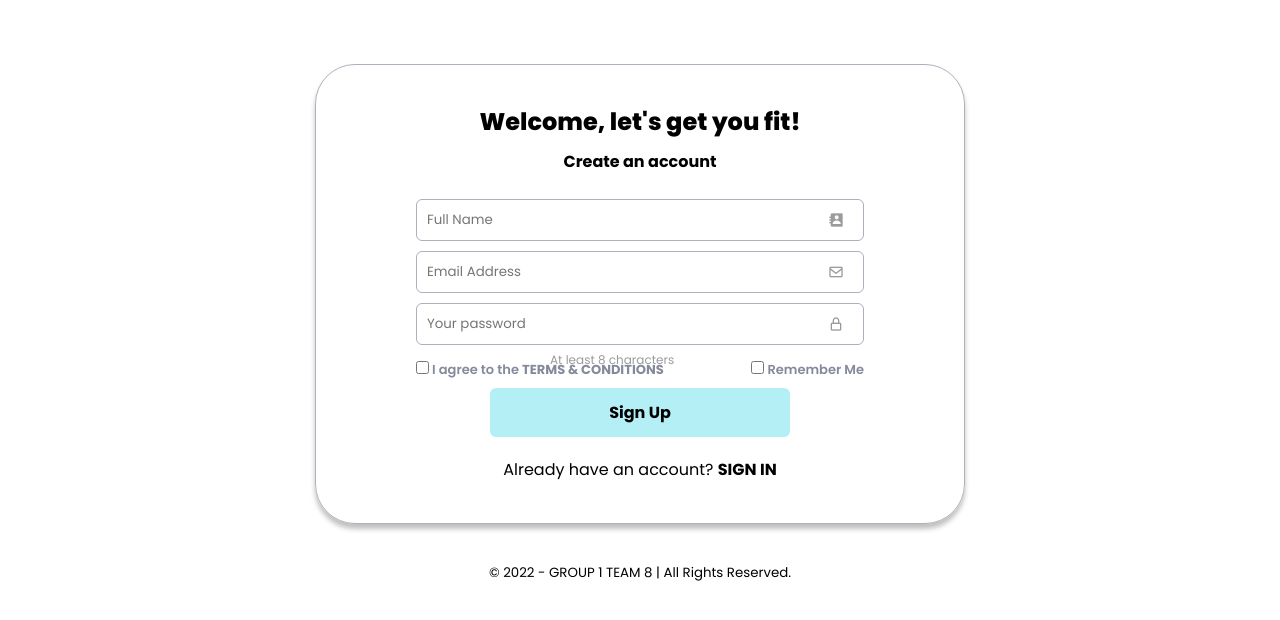
Repository: Rellzcodez/Group1-Team8
Page: pages/signup.html
An editor plug-in stored every save of this project. The page is shown before and after a run of saves, followed by the edit.
The browser window is 1280 px wide. The pictures show the whole page.

Above is the page before, as saved 2022-09-12 14:10:11.

After the next 2 saves:
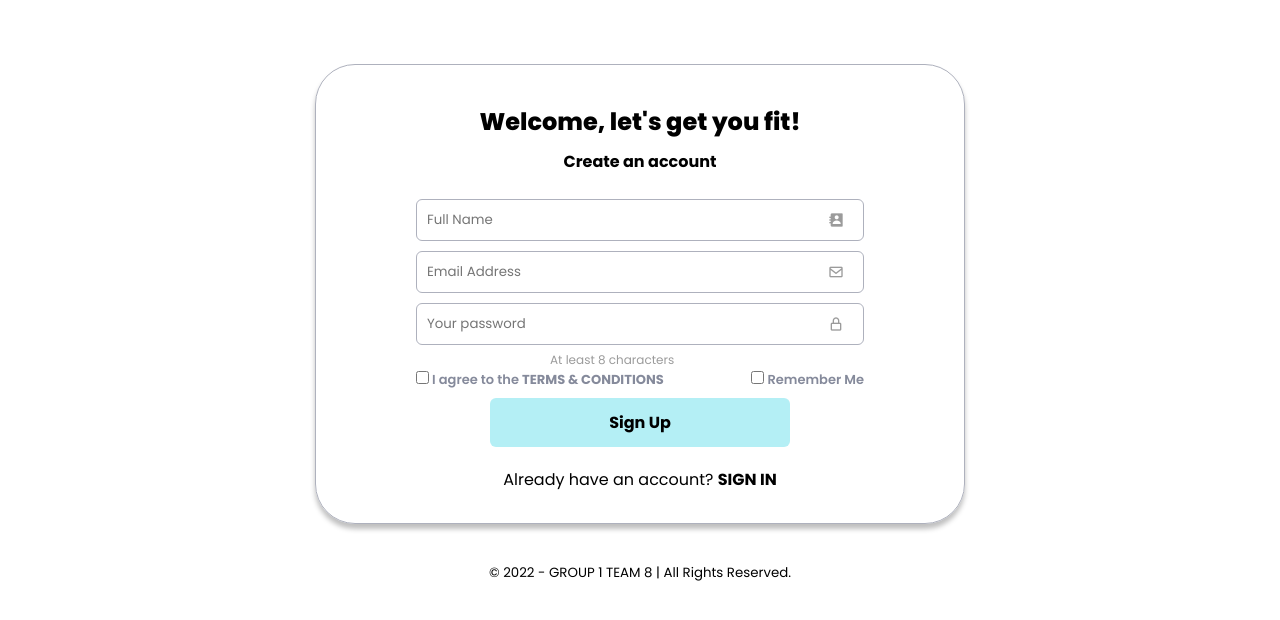
The 2 saves are shown as one change because they came seconds apart.
The last was saved 12 s later.
--- a/css/signup.css
+++ b/css/signup.css
@@ -156,7 +156,7 @@ input{
     justify-content: space-between;
     font-weight: 600;
     font-size: 13px;
-    padding-top: 10px;
+    padding-top: 20px;
     padding-bottom: 5px;
 }
 
